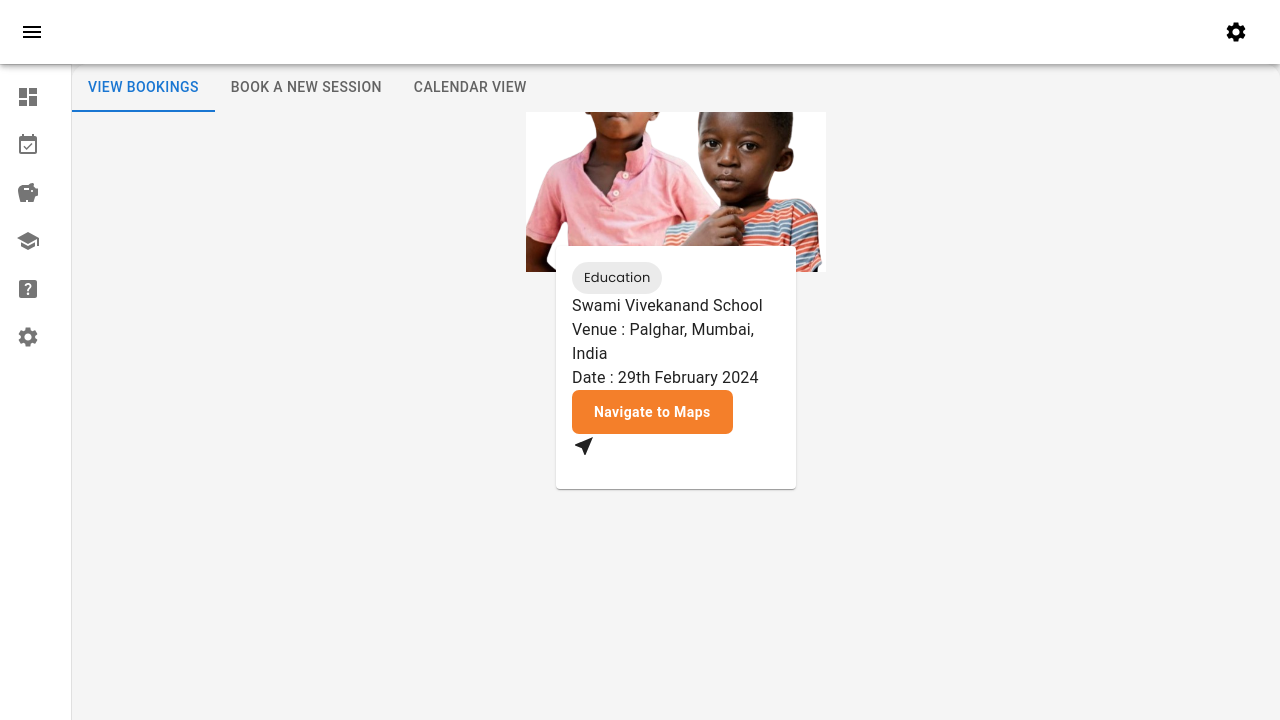
Repository: shubhampirate/Google_Solutions_Edural
Page: /bookings
The author's editor kept a copy of each file at every save. The page is drawn from the files as they stood at one save, then again after the next save.
The browser window is 1280 px wide. The pictures show the whole page.
An inner scrolling area shows only its first screen. The project was rebuilt for these pictures with package versions that can differ from the ones it lists, and the page was loaded fresh each time. Some packages were replaced by stand-ins written for this rebuild. Also part of the build but not shown: src/Components/Navbar.jsx, src/Components/Footer.jsx, src/Components/CongratsCard.jsx, src/pages/Hero/Hero.jsx, src/pages/Dashboard/Dashboard.jsx, src/pages/Sign_in.jsx, src/pages/Bookings/LicenseCard.jsx.

Above is the page before, as saved 2024-02-04 18:05:35.

After the next save:
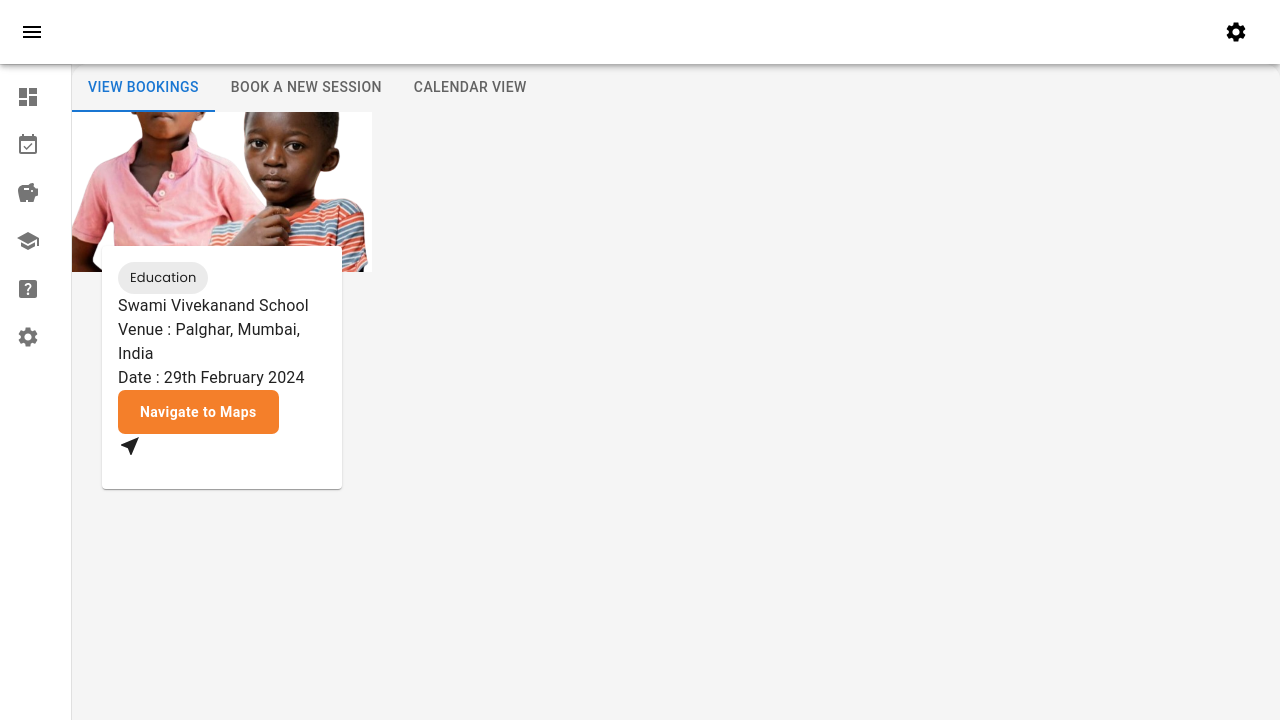
Saved 18 s later.
--- a/src/pages/Bookings/bookings.jsx
+++ b/src/pages/Bookings/bookings.jsx
@@ -100,7 +100,7 @@ export default function Booking() {
           </Tabs>
 
           {tabValue === 0 && (
-             <Box position="relative" maxWidth="300px" margin="auto" marginBottom="2rem">
+             <Box position="relative" maxWidth="300px" marginBottom="2rem">
              <img
                src={heroImg}
                alt="card-background"
